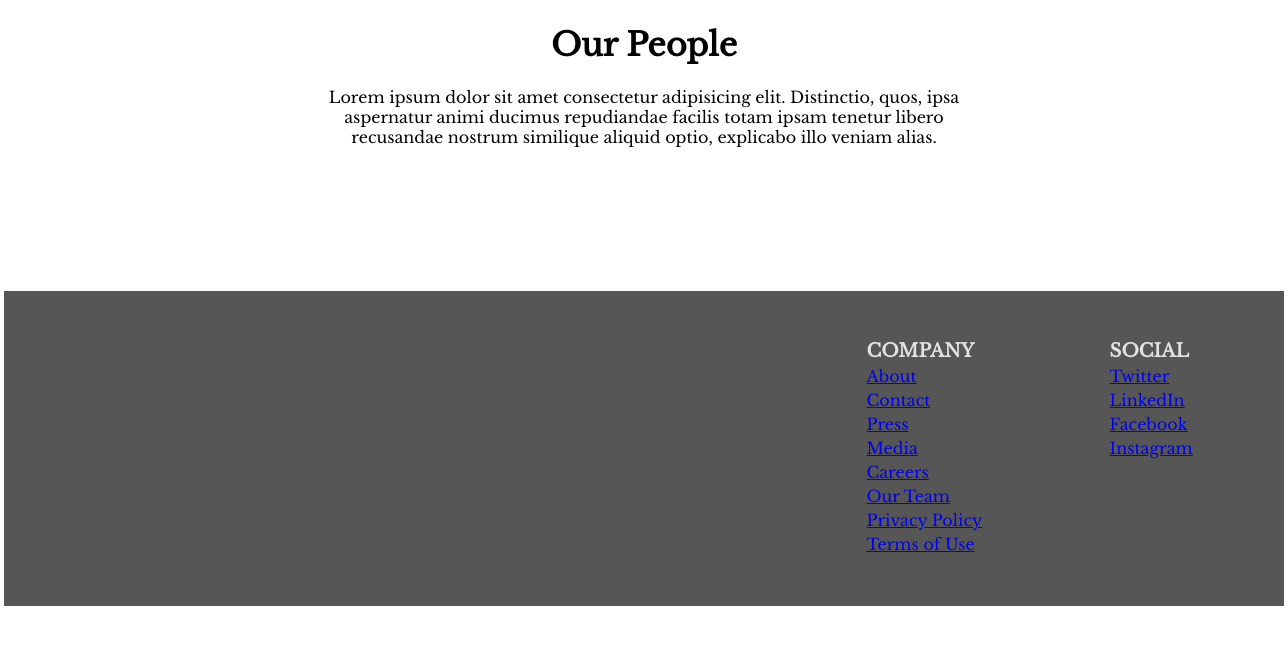
Repository: Tsardines/app
Page: / (app in my-app/)
An editor plug-in stored every save of this project. The page is shown before and after the next save, followed by the edit.
The browser window is 1280 px wide. The page is 1288 px wide, so the pictures cover 1288 px, including what lies to the right of the window. The pictures show the whole page.
The page's requests for data from a server got no answer. The project was rebuilt for these pictures with package versions that can differ from the ones it lists, and the page was loaded fresh each time. No one was signed in, and anything a server would have sent is missing.

Above is the page before, as saved 2018-11-14 19:17:55.

After the next save:
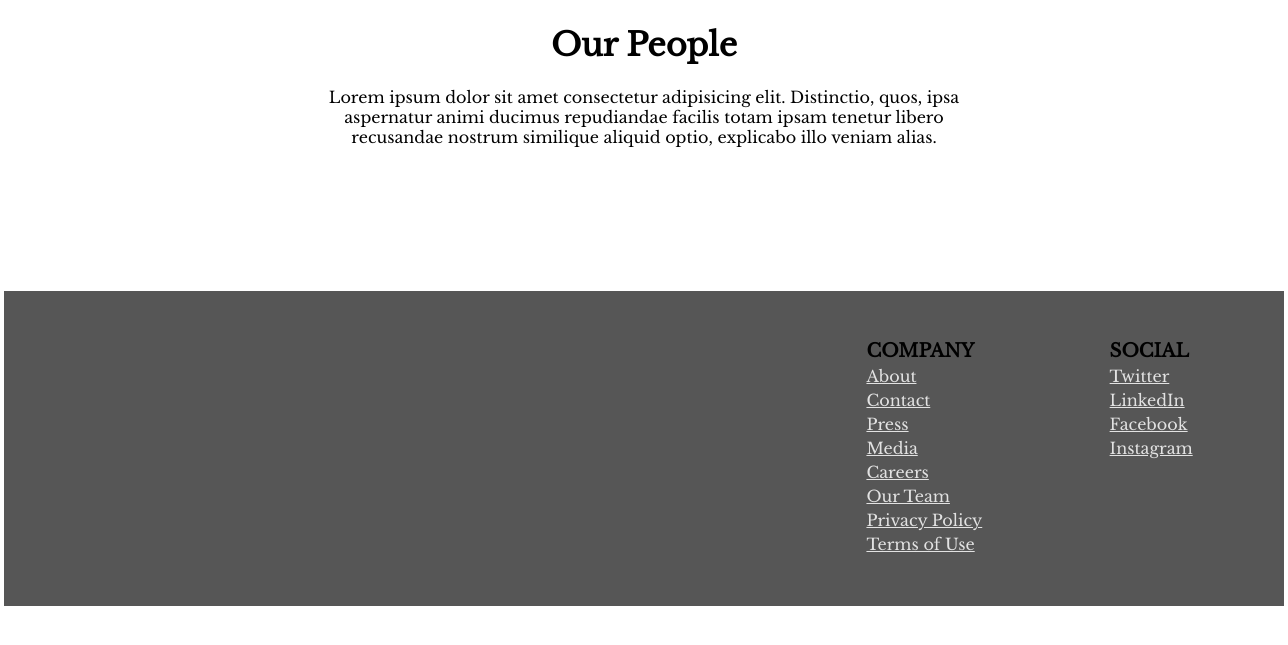
Saved 14 s later.
--- a/my-app/src/components/Footer.css
+++ b/my-app/src/components/Footer.css
@@ -1,12 +1,15 @@
 .footer {
     background-color: #565656;
-    color: rgb(226, 226, 226);
     display: flex;
     justify-content: flex-end;
     margin-top: 4em;
     padding: 2em;
     text-align: left;
     width: 100%;
+}
+
+.footer a {
+    color: rgb(226, 226, 226);
 }
 
 .left ul li, .right ul li {
